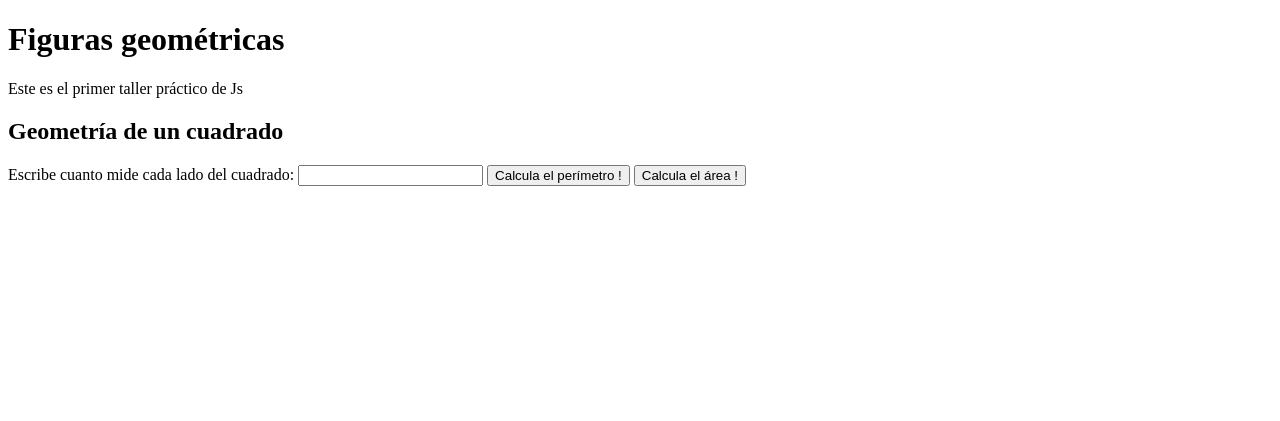
Repository: ChristianGecchelin/javascript-project
Page: javascript-project/figuras-geometricas/figuras.html
These files come from the project's save history. The page is drawn as it stood at one moment and after the next save; the edit follows.
The browser window is 1280 px wide. The pictures show the whole page.

Above is the page before, as saved 2021-12-01 12:17:58.

### javascript-project/figuras-geometricas/figuras.html
<!DOCTYPE html>
<html lang="en">
  <head>
    <meta charset="UTF-8" />
    <meta http-equiv="X-UA-Compatible" content="IE=edge" />
    <meta name="viewport" content="width=device-width, initial-scale=1.0" />
    <title>Figuras geométricas | Proyecto 1</title>
  </head>
  <body>
    <header>
      <h1>Figuras geométricas</h1>
      <p>Este es el primer taller práctico de Js</p>
    </header>
    <section>
      <h2>Geometría de un cuadrado</h2>
      <form action="">
        <label for="">Escribe cuanto mide cada lado del cuadrado:</label>
        <input type="number" id="inputCuadrado" />
        <button type="button" onclick="calcularPerimetroCuadrado()">
          Calcula el perímetro !
        </button>
        <button type="button" onclick="calcularAreaCuadrado()">
          Calcula el área !
        </button>
        <!-- type button, para quitarle el submit por defecto y que no me redireccione a ningun lado -->
      </form>
    </section>
    <script src="./figurasConFunciones.js"></script>
  </body>
</html>

### javascript-project/figuras-geometricas/figurasConFunciones.js
/* Codigo del cuadrado */
console.group("Cuadrado");
function perimetroCuadrado(lado) {
  return lado * 4;
}
/* console.log(`Perimetro del cuadrado es: ${perimetroCuadrado} cm.`); */
function areaCuadrado(lado) {
  return (
    lado ** 2
  ); /* debe estar escrito de igual manera el parametro que el return */
}

/* console.log(`El area del cuadrado es: ${areaCuadrado} cm^2.`); */
console.groupEnd();

/* Codigo del triangulo */
console.group("Triangulo");

function perimetroTriangulo(lado1, lado2, base) {
  return lado1 + lado2 + base;
}
function areaTriangulo(base, altura) {
  return (base * altura) / 2;
}
console.groupEnd();

//Codigo Circulo
console.group("Circulo");
function diametroCirculo(radio) {
  return radio * 2;
}
const pi = Math.PI;
function circunferencia(radio) {
  const diametro = diametroCirculo(radio);
  /* llamo a una funcion dentro de otra y creo una variable que tiene alcance local */
  return diametro * pi;
}
function superficieCirculo(radio) {
  return pi * radio ** 2;
}

console.groupEnd();

function calcularPerimetroCuadrado() {
  const input = document.getElementById("inputCuadrado");
  const value = input.value;
  const perimetro = perimetroCuadrado(value);
  alert(perimetro);
}
function calcularAreaCuadrado() {
  const input = document.getElementById("inputCuadrado");
  const value = input.value;
  const area = areaCuadrado(value);
  alert(area);
}

After the next save:
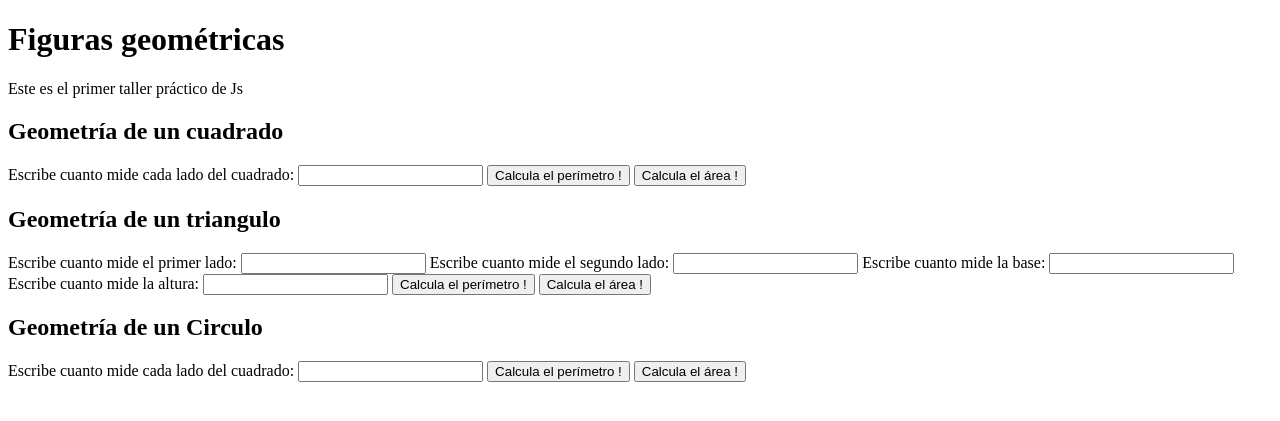
Saved 6 min 40 s later.
--- a/javascript-project/figuras-geometricas/figuras.html
+++ b/javascript-project/figuras-geometricas/figuras.html
@@ -25,6 +25,40 @@
         <!-- type button, para quitarle el submit por defecto y que no me redireccione a ningun lado -->
       </form>
     </section>
+    <section>
+      <h2>Geometría de un triangulo</h2>
+      <form action="">
+        <label for="">Escribe cuanto mide el primer lado:</label>
+        <input type="number" id="inputLado1" />
+        <label for="">Escribe cuanto mide el segundo lado:</label>
+        <input type="number" id="inputLado2" />
+        <label for="">Escribe cuanto mide la base:</label>
+        <input type="number" id="inputBase" />
+        <label for="">Escribe cuanto mide la altura:</label>
+        <input type="number" id="inputAltura" />
+        <button type="button" onclick="calcularPerimetroTriangulo()">
+          Calcula el perímetro !
+        </button>
+        <button type="button" onclick="calcularAreaTriangulo()">
+          Calcula el área !
+        </button>
+        <!-- type button, para quitarle el submit por defecto y que no me redireccione a ningun lado -->
+      </form>
+    </section>
+    <section>
+      <h2>Geometría de un Circulo</h2>
+      <form action="">
+        <label for="">Escribe cuanto mide cada lado del cuadrado:</label>
+        <input type="number" id="inputCuadrado" />
+        <button type="button" onclick="calcularPerimetroCuadrado()">
+          Calcula el perímetro !
+        </button>
+        <button type="button" onclick="calcularAreaCuadrado()">
+          Calcula el área !
+        </button>
+        <!-- type button, para quitarle el submit por defecto y que no me redireccione a ningun lado -->
+      </form>
+    </section>
     <script src="./figurasConFunciones.js"></script>
   </body>
 </html>
